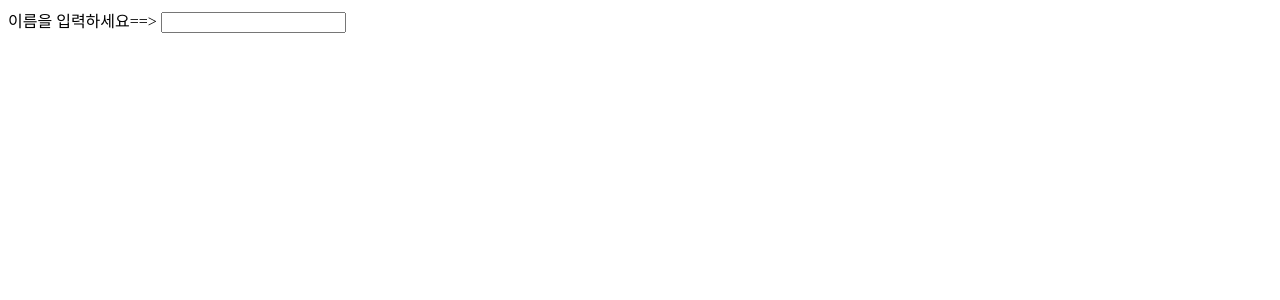
Repository: MegiLove/database_web
Page: http://localhost/day1109/hello_input.jsp
The author's editor kept a copy of each file at every save. The page is drawn from the files as they stood at one save, then again after the next save.
The browser window is 1280 px wide. The pictures show the whole page.
The page is served by Tomcat 9.

Above is the page before, as saved 2021-11-09 03:49:03.

After the next save:
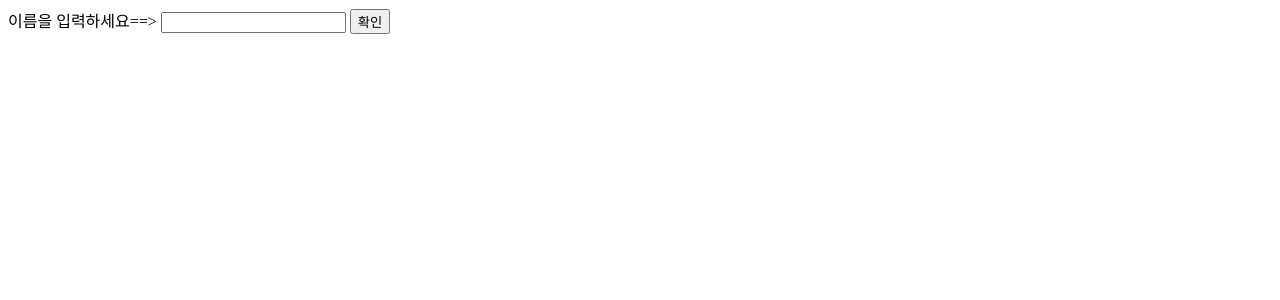
Saved 75 min 2 s later.
--- a/day1109/src/main/webapp/hello_input.jsp
+++ b/day1109/src/main/webapp/hello_input.jsp
@@ -8,7 +8,8 @@
 </head>
 <body>
 <form action="">
-	이름을 입력하세요==> <input type="text">
+	이름을 입력하세요==> <input type="text" name="username">
+	<input type="submit" value="확인">
 </form>
 </body>
 </html>
